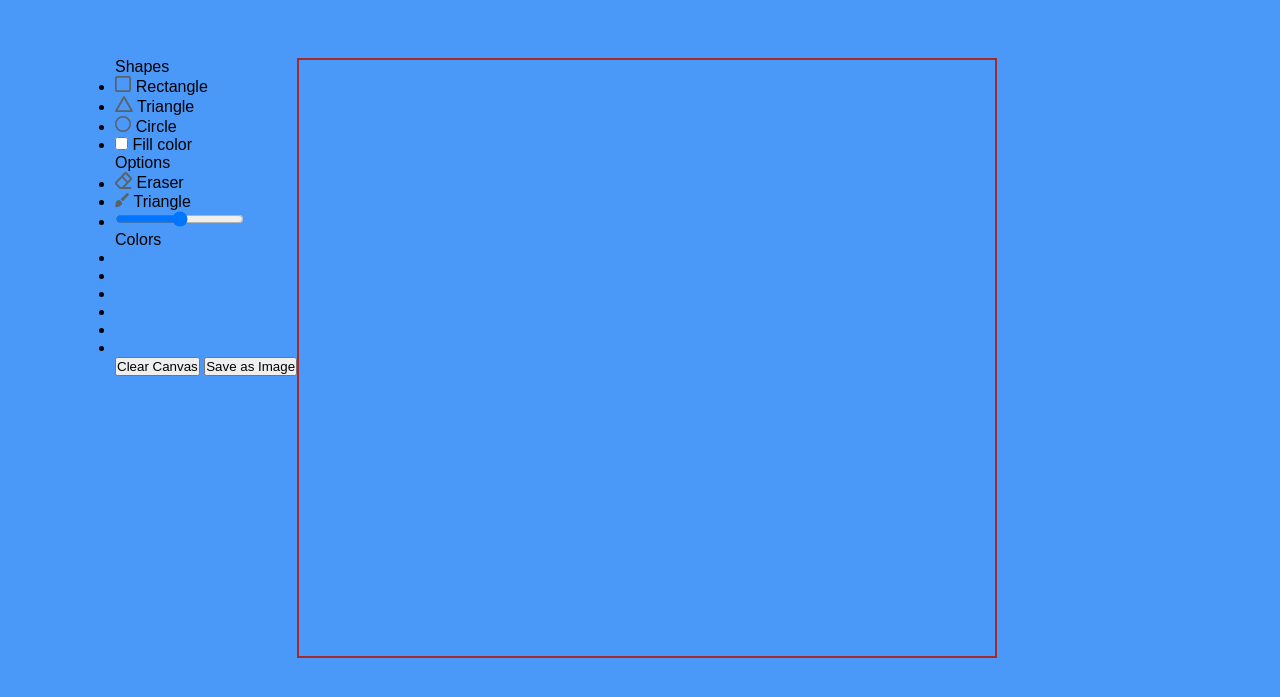
Repository: mdsajib50/Drawing-app
Page: index.html
The author's editor kept a copy of each file at every save. The page is drawn from the files as they stood at one save, then again after a run of saves.
The browser window is 1280 px wide. The pictures show the whole page.

Above is the page before, as saved 2025-02-17 21:34:49.

### index.html
<!DOCTYPE html>
<html lang="en">
<head>
    <meta charset="UTF-8">
    <meta name="viewport" content="width=device-width, initial-scale=1.0">
    <link rel="stylesheet" href="style.css">
    <title>Drawing App</title>
</head>
<body>
    <div class="container">
        <section class="tools">
            <aside>
                <div class="row">
                    <label for="" class="title">Shapes</label>
                   <ul class="options">
                    <li class="option">
                        <img src="icons/icons/rectangle.svg" alt="">
                        <span>Rectangle</span>
                    </li>
                    <li class="option">
                        <img src="icons/icons/triangle.svg" alt="">
                        <span>Triangle</span>
                    </li>
                    <li class="option">
                        <img src="icons/icons/circle.svg" alt="">
                        <span>Circle</span>
                    </li>
                    <li class="option">
                        <input type="checkbox" name="" id="">
                        <label for="">Fill color</label>
                    </li>
                   </ul>
                </div>
                <div class="row">
                    <label for="" class="title">Options</label>
                   <ul class="options">
                    <li class="option">
                        <img src="icons/icons/eraser.svg" alt="">
                        <span>Eraser</span>
                    </li>
                    <li class="option">
                        <img src="icons/icons/brush.svg" alt="">
                        <span>Triangle</span>
                    </li>
                    <li class="option">
                        <input type="range" name="" id="size-slider">
                    </li>
                   </ul>
                </div>
                <div class="row">
                    <label for="" class="title">Colors</label>
                   <ul class="colors">
                    <li class="option"></li>
                    <li class="option"></li>
                    <li class="option"></li>
                    <li class="option"></li>
                    <li class="option"></li>
                    <li class="option"></li>
                   </ul>
                </div>
                <div class="row">
                   <button class="clear-canvas" type="button">Clear Canvas</button>
                   <button class="save-image" type="button">Save as Image</button>
                </div>
            </aside>
        </section>
        <div>
            <canvas id="mycanvas"></canvas>
        </div>
    </div>
    <script src="script.js"></script>
</body>
</html>

### style.css
*{
    margin: 0;
    padding: 0;
    box-sizing: border-box;
    font-family: 'Poppins', sans-serif;
}

body{
    display: flex;
    justify-content: center;
    align-items: center;
    min-height: 100vh;
    background-color: #4A98F7;
}
.container{
    display: flex;
    width: 100%;
    max-width: 1050px;
}
canvas{
    width: 700px;
    height: 600px;
    border: 2px solid brown;
}

### script.js
const drawing = document.getElementById('myCanvas');

After the next 2 saves:
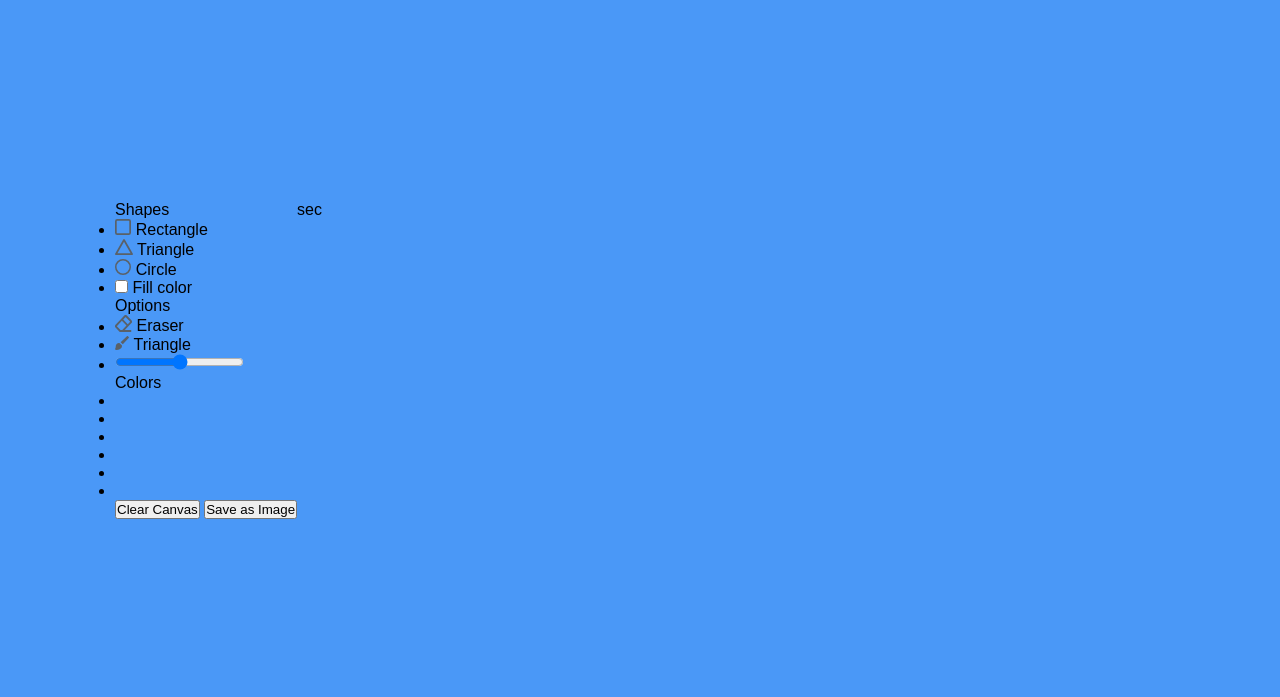
The 2 saves are shown as one change because they came seconds apart.
The last was saved 23 s later.
--- a/index.html
+++ b/index.html
@@ -64,9 +64,7 @@
                 </div>
             </aside>
         </section>
-        <div>
-            <canvas id="mycanvas"></canvas>
-        </div>
+        sec
     </div>
     <script src="script.js"></script>
 </body>
